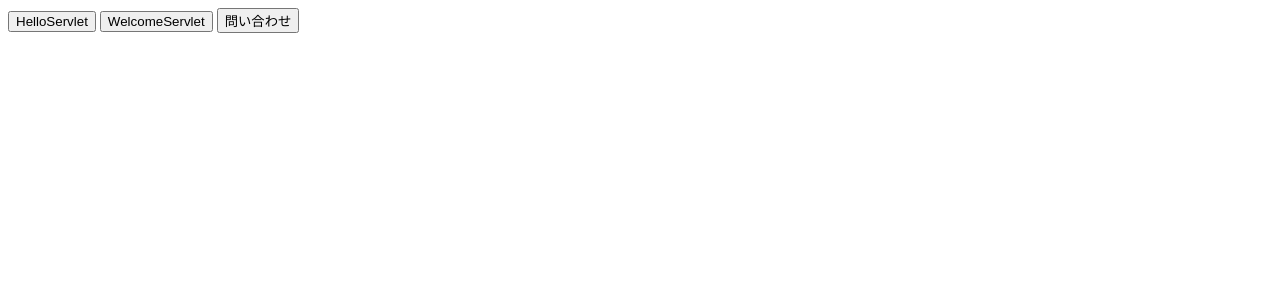
Repository: sinrisjp/test
Page: http://localhost/HelloServlet/
An editor plug-in stored every save of this project. The page is shown before and after the next save, followed by the edit.
The browser window is 1280 px wide. The pictures show the whole page.
The page is served by Tomcat 9. Other server files are loaded and not shown.

Above is the page before, as saved 2018-10-26 10:08:05.

### HelloServlet/WebContent/index.jsp
<%@ page language="java" contentType="text/html; charset=UTF-8"
    pageEncoding="UTF-8"%>
<!DOCTYPE html>
<html>
<head>
<meta charset="UTF-8">
<title>HelloServlet</title>
</head>
<body>
<input type="button" value="HelloServlet" onClick="location.href='HelloServlet'">
<input type="button" value="WelcomeServlet" onClick="location.href='welcome.jsp'">
<input type="button" value="問い合わせ" onClick="location.href='inquiry.jsp'">

</body>
</html>

After the next save:
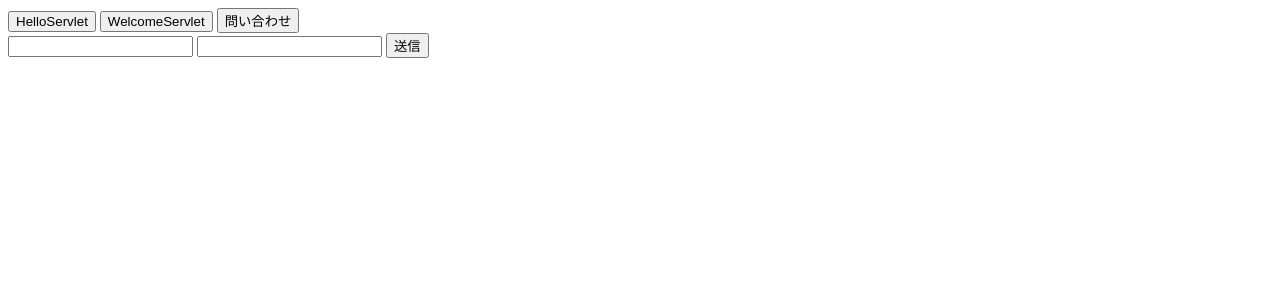
Saved 49 min 18 s later.
--- a/HelloServlet/WebContent/index.jsp
+++ b/HelloServlet/WebContent/index.jsp
@@ -11,5 +11,14 @@
 <input type="button" value="WelcomeServlet" onClick="location.href='welcome.jsp'">
 <input type="button" value="問い合わせ" onClick="location.href='inquiry.jsp'">
 
+<form method="get" action="TestServlet">
+<input type="text" name="username">
+<input type="password" name="password">
+<input type="submit" value="送信">
+</form>
+
+<form method="post" action="TestServlet">
+
+</form>
 </body>
 </html>
